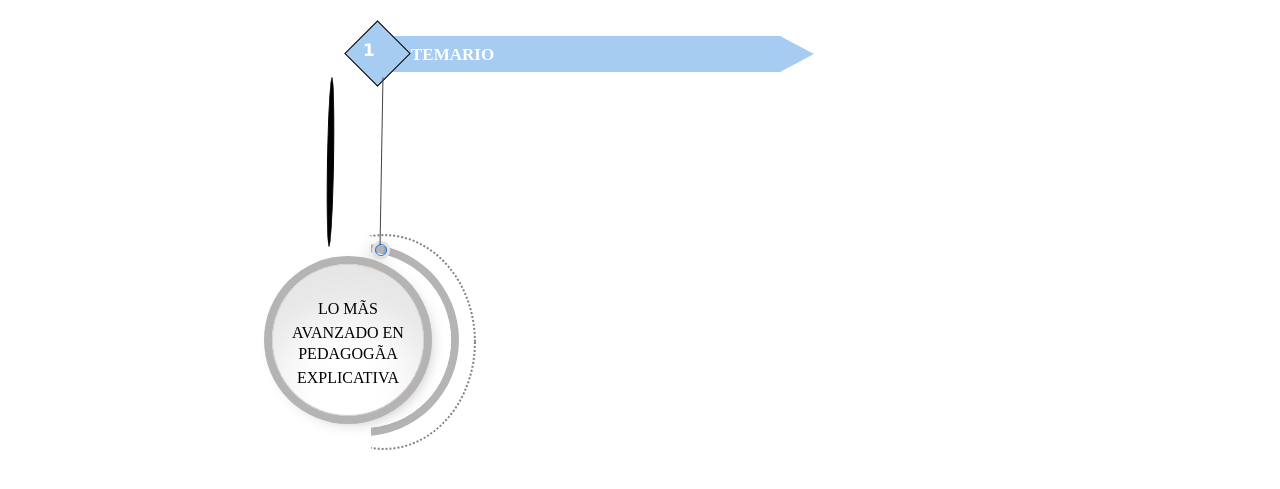
Repository: jennymoreno94/Menu
Page: index.html
The author's editor kept a copy of each file at every save. The page is drawn from the files as they stood at one save, then again after the next save.
The browser window is 1280 px wide. The pictures show the whole page.

Above is the page before, as saved 2021-08-01 23:40:51.

After the next save:
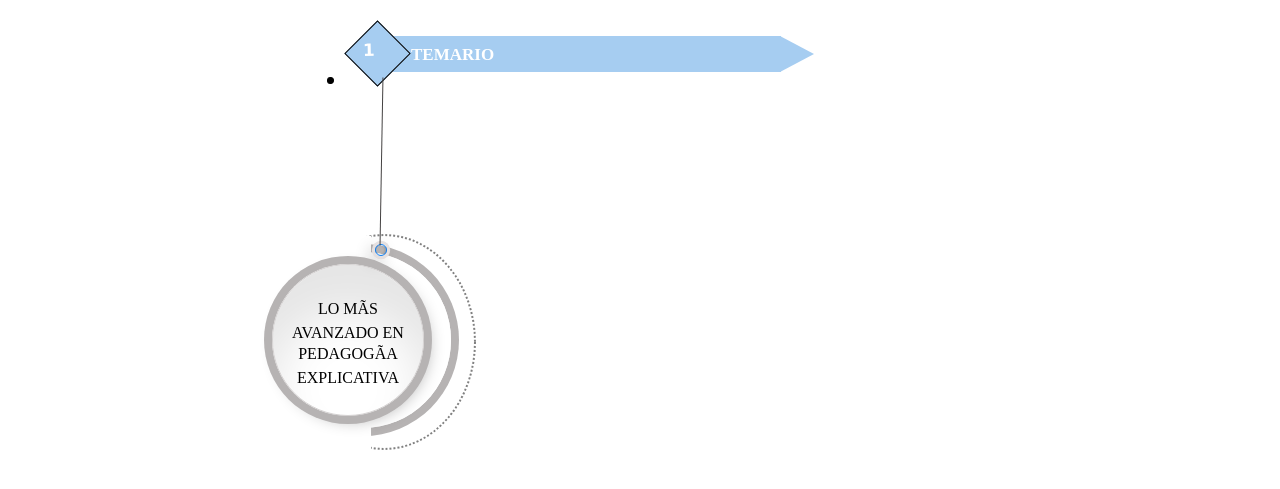
Saved 8 s later.
--- a/index.html
+++ b/index.html
@@ -17,7 +17,7 @@
         <div class="circulo-pequeno num1">
 
             <div class="linea linea1"></div>
-            <div class="punto linea1"></div>
+            <div class="punto punto1"></div>
             <div class="boton-agrupado btn1">
                 <span class="rombo" style="background: rgb(166, 205, 241);">
                 <h3 class="text">1</h3></span>
